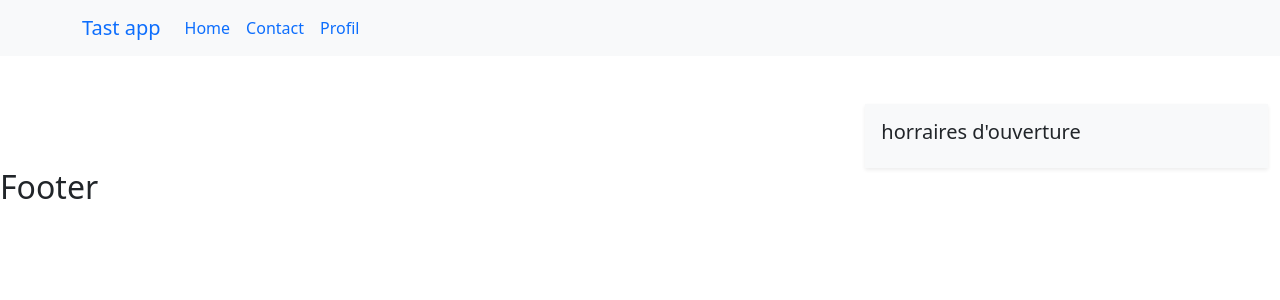
Repository: FS-23/php-getstarted
Page: http://localhost/
An editor plug-in stored every save of this project. The page is shown before and after the next save, followed by the edit.
The browser window is 1280 px wide. The pictures show the whole page.
The page is run by PHP 8.4 with error messages shown; the project is at /var/www/html/.

Above is the page before, as saved 2022-05-28 12:30:14.

### demoAPP/index.php

<?php require_once './layouts/header.php' ?>
<?php
    $horraire = [
        "08:00 - 12:00",
        "12:30 - 18:00",
        "19:30 - 22:00"
    ];


    $user = "admin"

?>
<div class="row mx-0">
    <div class="col-8">

    </div>
    <div class="col-4 ">
        <div class="shadow-sm bg-light p-3 mt-5">
            <h5> horraires d'ouverture</h5>
            <div class="mt-2">
                   <?php foreach($horraire as $item):  ?>

                   <?php endforeach; ?>




                  <?php
                    // if($user == "admin")
                    //  echo '<div class="alert alert-success"> Vous avez toutes les autorisations</div>';
                    // else
                    //   echo '<div class="alert alert-danger"> Vous n\'avez pas les autorisations</div>';
                  ?>
            </div>
        </div>
    </div>
</div>

<?php require_once './layouts/footer.php' ?>

### demoAPP/layouts/header.php

<link rel="stylesheet" href="https://cdn.jsdelivr.net/npm/bootstrap@5.1.3/dist/css/bootstrap.min.css">
<nav class="navbar navbar-expand-lg bg-light">
  <div class="container">
    <button class="navbar-toggler" type="button" data-bs-toggle="collapse" data-bs-target="#navbarTogglerDemo01" aria-controls="navbarTogglerDemo01" aria-expanded="false" aria-label="Toggle navigation">
      <span class="navbar-toggler-icon"></span>
    </button>
    <div class="collapse navbar-collapse" id="navbarTogglerDemo01">
      <a class="navbar-brand" href="/">Tast app</a>
      <ul class="navbar-nav me-auto mb-2 mb-lg-0">
        <li class="nav-item">
          <a class="nav-link active" aria-current="page" href="/pages/home.php">Home</a>
        </li>
        <li class="nav-item">
          <a class="nav-link" href="/pages/contact.php">Contact</a>
        </li>
        <li class="nav-item">
          <a class="nav-link" href="/pages/profil.php">Profil</a>
        </li>
      </ul>

    </div>
  </div>
</nav>

### demoAPP/layouts/footer.php
<div>
    <h2>Footer</h2>
</div>
<script scr="https://cdn.jsdelivr.net/npm/bootstrap@5.1.3/dist/css/bootstrap.min.js"></script>

After the next save:
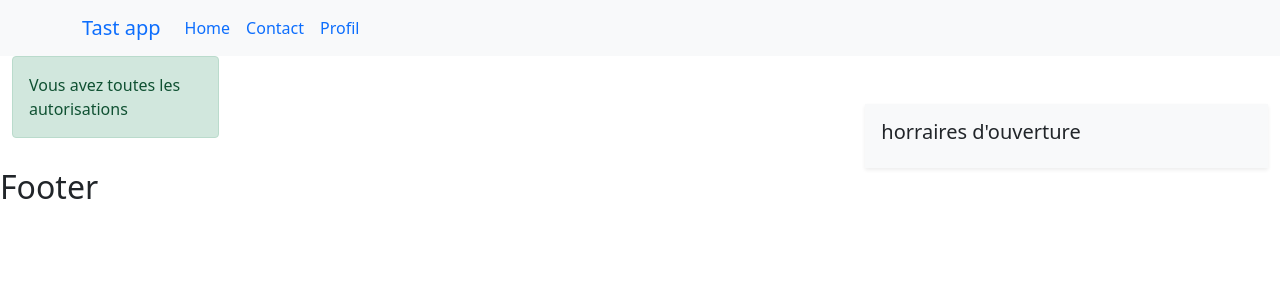
Saved 16 s later.
--- a/demoAPP/index.php
+++ b/demoAPP/index.php
@@ -13,7 +13,12 @@
 ?>
 <div class="row mx-0">
     <div class="col-8">
+                 <?php if($user == "admin") : ?>
+                    <div class="alert alert-success w-25"> Vous avez toutes les autorisations</div>
 
+                   <?php else: ?>
+                    <div class="alert alert-danger w-25"> Vous n'avez pas les autorisations</div>
+                 <?php endif ?>
     </div>
     <div class="col-4 ">
         <div class="shadow-sm bg-light p-3 mt-5">
